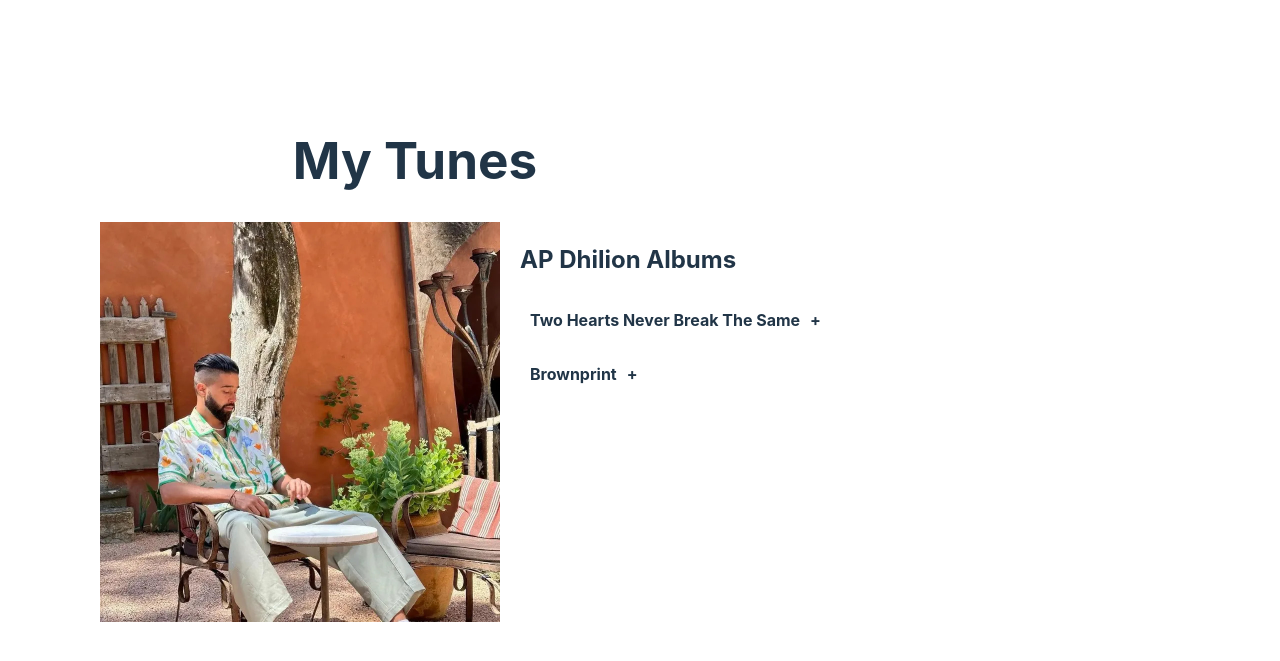
Repository: GavinPahal/my_app
Page: / (app in react/)
The author's editor kept a copy of each file at every save. The page is drawn from the files as they stood at one save, then again after the next save.
The browser window is 1280 px wide. The pictures show the whole page.
The project was rebuilt for these pictures with package versions that can differ from the ones it lists, and the page was loaded fresh each time. Also part of the build but not shown: react/vite.config.js.

Above is the page before, as saved 2024-09-15 19:10:44.

### react/src/App.jsx
import { useState } from 'react'
import ap from '/Untitled-34.jpg'
import './App.css'

function App() {
  return (
    <>
    <h1 className='heading'>My Tunes</h1>
    <div className="container">
      <img src={ap} alt="Vite logo" width={400} height={400}/>
      <div className="album">
      <h2>AP Dhilion Albums</h2>
        <details name="reqs">
          <summary>Two Hearts Never Break The Same</summary>
          <ol>
            <li>All Night(Live)</li>
            <li>Hills</li>
            <li>SummerHigh</li>
            <li>Wo Noor</li>
            <li>Dil Nu</li>
          </ol>
        </details>
        <details name="reqs">
          <summary>Brownprint</summary>
          <ol>
            <li>Brownprint</li>
            <li>315</li>
            <li>Old Money</li>
            <li>Losing Myself</li>
            <li>Distance</li>
            <li>After Midnight</li>
            <li>Bora Bora</li>
            <li>Sweet Flower</li>
            <li>To Be Contuined</li>
          </ol>
        </details>
      </div>
    </div>
    </>
  )
}

export default App

### react/src/App.css
.container {
  display: flex;
  justify-content: center;
  align-items: flex-start;
  margin-top: 20px;
  margin-left: 100px;
}

.heading{
 text-align: center;
}

img {
  margin-right: 20px;
}

.album {
  display: flex;
  flex-direction: column;
}

details {
  width: 100%;
  margin-bottom: 10px;
  padding: 10px;
  position: relative;
}

summary {
  font-weight: bold;
  cursor: pointer;
  position: relative;
  padding-right: 20px;
  list-style: none;
}

details :hover {
  color: #000000;
}

summary::after {
  content: '+';
  position: absolute;
  padding-left: 10px;
}

details[open] summary::after {
  content: '-';
}

Loaded but not shown: react/index.html (common file); react/src/main.jsx (common file); react/src/index.css (common file)

After the next save:
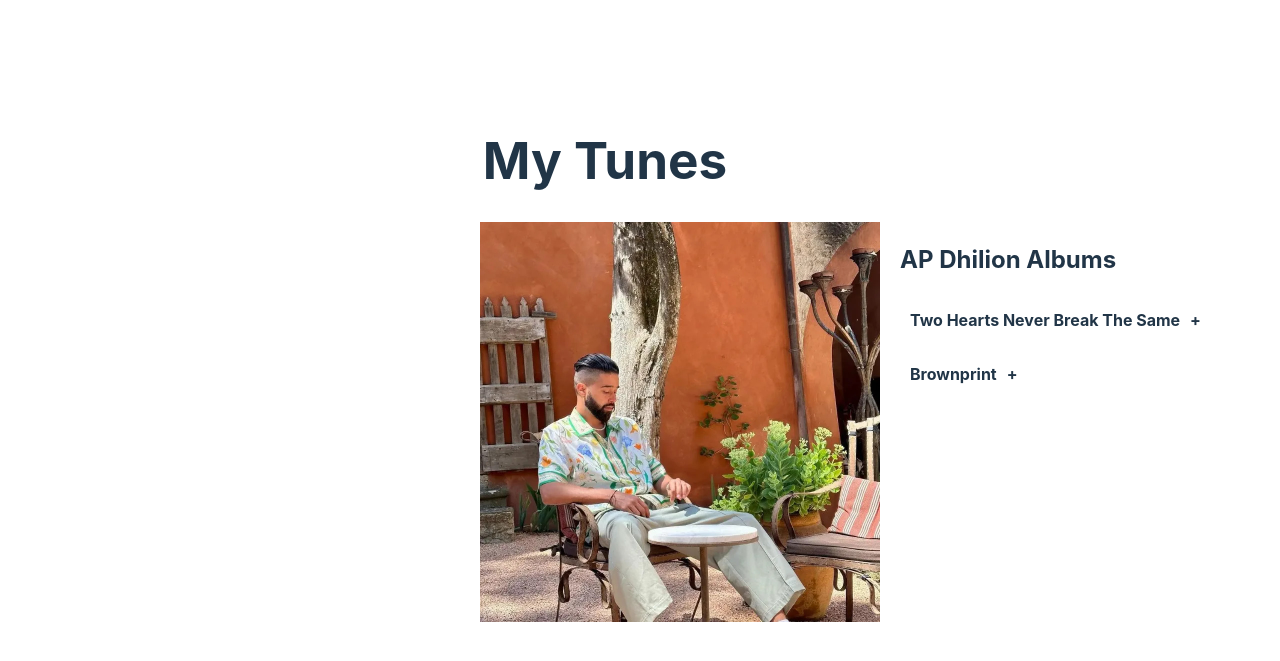
Saved 10 s later.
--- a/react/src/App.css
+++ b/react/src/App.css
@@ -3,7 +3,7 @@
   justify-content: center;
   align-items: flex-start;
   margin-top: 20px;
-  margin-left: 100px;
+  margin-left: 30rem;
 }
 
 .heading{
